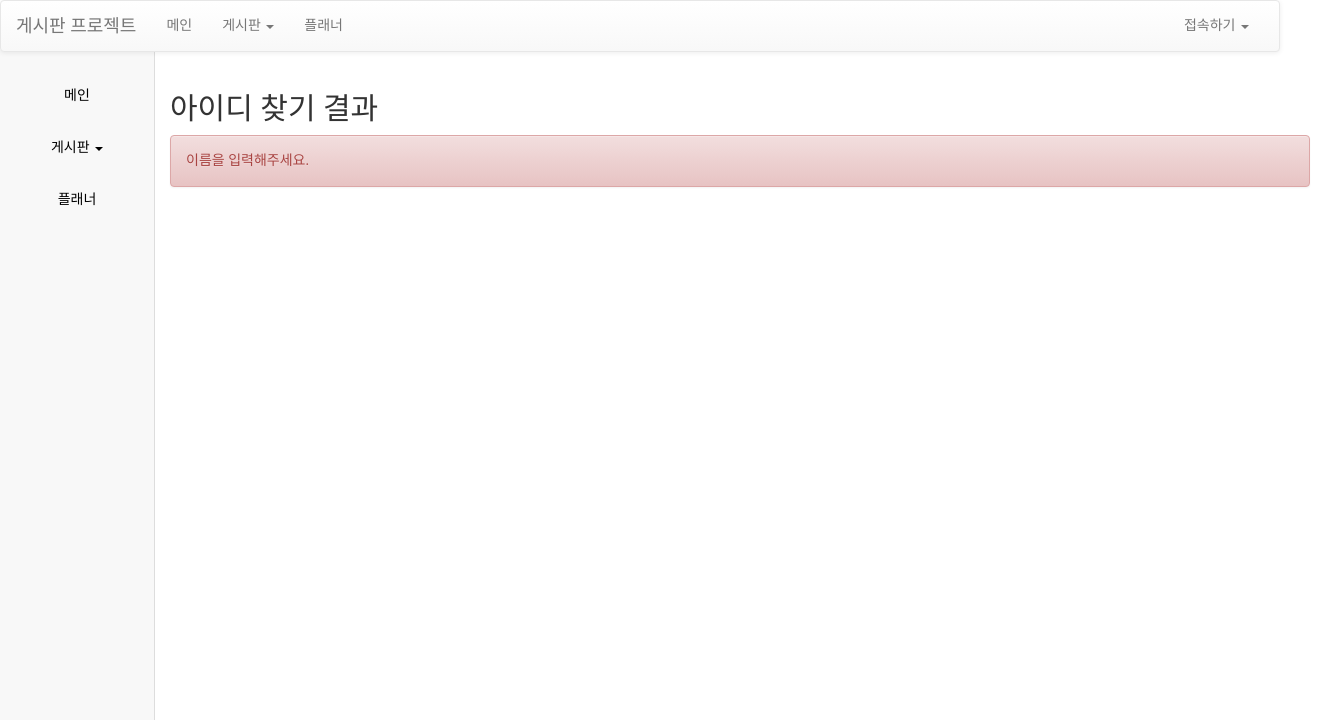
Repository: Seok7975/Project_PlannerSharingBoard
Page: http://localhost/ToDoList공유_게시판_ver3/id/findIdAction.jsp
The author's editor kept a copy of each file at every save. The page is drawn from the files as they stood at one save, then again after the next save.
The browser window is 1280 px wide. The page is 1325 px wide, so the pictures cover 1325 px, including what lies to the right of the window. The pictures show the whole page.
Some web fonts or font styles are not loaded; a fallback is used. Some web libraries are served in a nearby version. The page is served by Tomcat 9.

Above is the page before, as saved 2024-07-05 08:26:52.

After the next save:
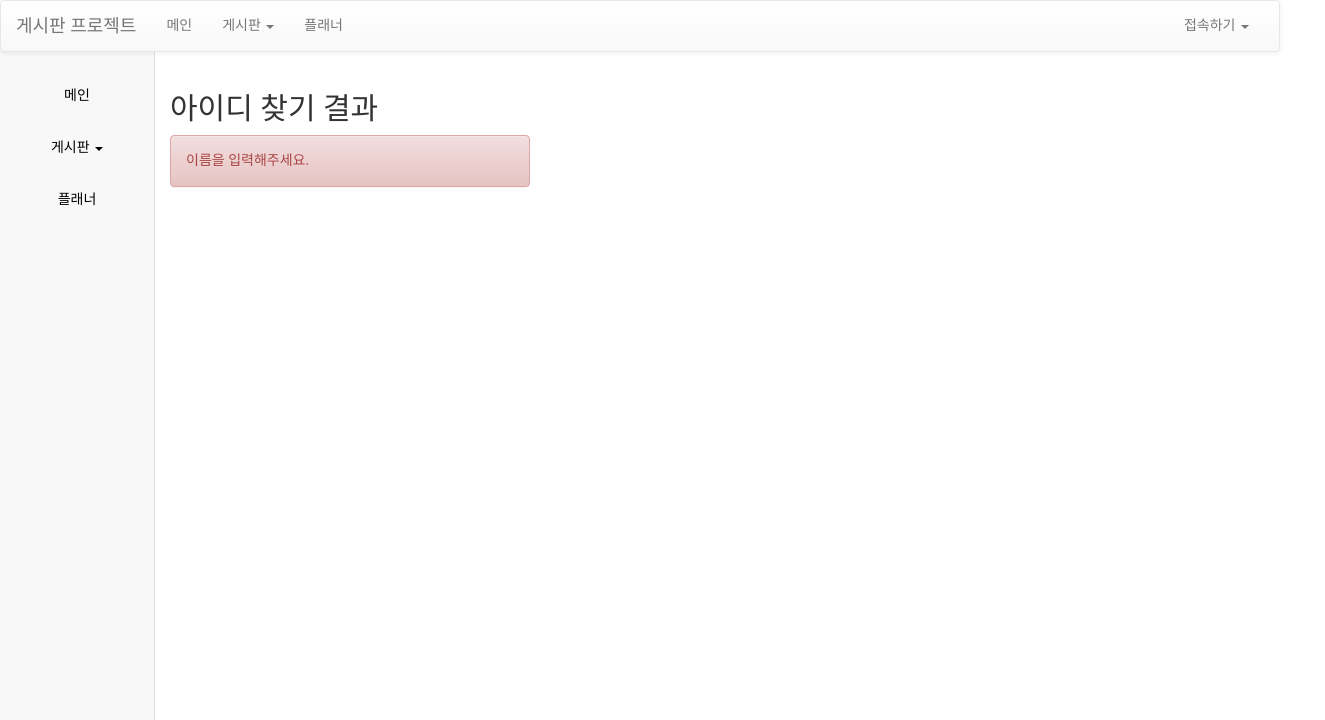
Saved 93 s later.
--- a/List_Projects_ver3/ToDoList공유 게시판_ver3/src/main/webapp/id/showUserID.jsp
+++ b/List_Projects_ver3/ToDoList공유 게시판_ver3/src/main/webapp/id/showUserID.jsp
@@ -85,7 +85,7 @@
     </nav>
     <div class="container main-content">
         <div class="row">
-	        <div class="col-xs-12">
+	        <div class="col-lg-4">
 	                <h2>아이디 찾기 결과</h2>
 	                <%
 	                    String userID = (String) request.getAttribute("userID");
